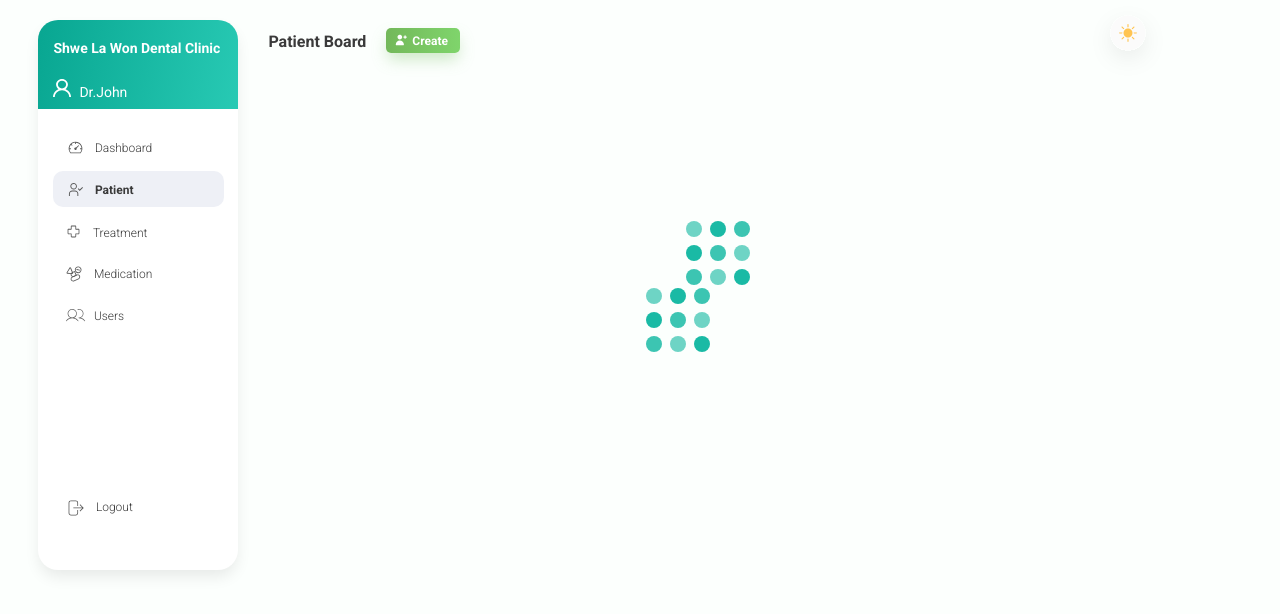
Repository: mrkaskar/frontendpatientrecord_typescript
Page: /patient
The author's editor kept a copy of each file at every save. The page is drawn from the files as they stood at one save, then again after the next save.
The browser window is 1280 px wide. The pictures show the whole page.
The page's requests for data from a server got no answer. The project was rebuilt for these pictures with package versions that can differ from the ones it lists, and the page was loaded fresh each time. No one was signed in, and anything a server would have sent is missing. Also part of the build but not shown: src/components/checkbox/styles/index.css, src/components/checkbox/main.tsx, src/components/dropdown/styles/index.css, src/components/dropdown/main.tsx, src/components/iconbutton/styles/index.css, src/components/iconbutton/main.tsx, src/components/table/styles/index.css, src/components/table/main.tsx and 36 more.

Above is the page before, as saved 2021-12-26 21:29:56.

After the next save:
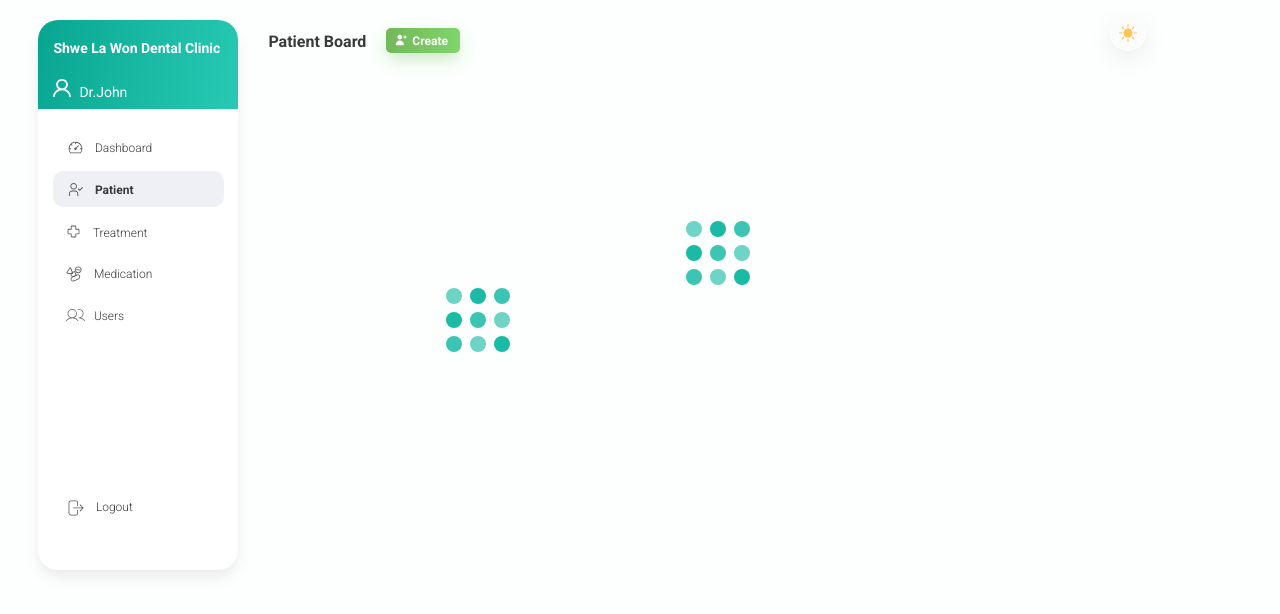
Saved 6 s later.
--- a/src/modules/patient/components/PatientTable.tsx
+++ b/src/modules/patient/components/PatientTable.tsx
@@ -142,7 +142,7 @@ function PatientTable():ReactElement {
                 justifyContent: 'center',
                 alignItems: 'center',
                 position: 'absolute',
-                left: '400px',
+                left: '200px',
                 top: '100px',
               }}
             >
